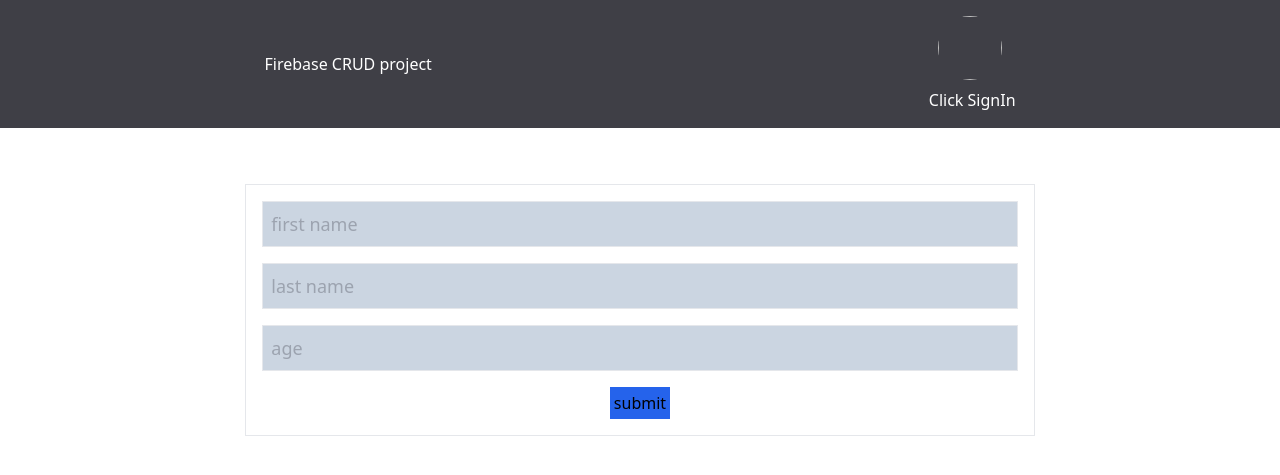
Repository: Semanmernstack/firebase-crud
Page: /
The author's editor kept a copy of each file at every save. The page is drawn from the files as they stood at one save, then again after the next save.
The browser window is 1280 px wide. The pictures show the whole page.
The page's requests for data from a server got no answer. The project was rebuilt for these pictures with package versions that can differ from the ones it lists, and the page was loaded fresh each time. No one was signed in, and anything a server would have sent is missing. Also part of the build but not shown: src/components/Regform.js.

Above is the page before, as saved 2023-04-10 02:33:53.

After the next save:
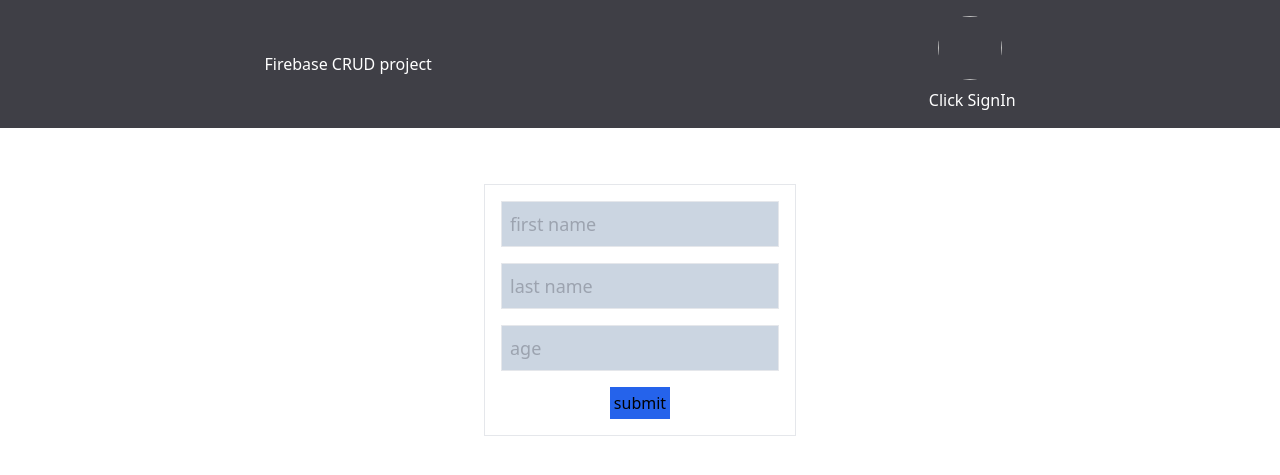
Saved 49 s later.
--- a/src/components/Body.js
+++ b/src/components/Body.js
@@ -31,7 +31,7 @@
 
 
   return (
-    <div className="p-8 text-black flex flex-col w-2/3  mt-6 mx-auto ">
+    <div className="p-8 text-black items-center justify-center flex flex-col w-2/3  mt-6 mx-auto ">
         <form className='flex flex-col p-4 gap-4 items-center justify-center text-center border' onSubmit={handleSubmit(onSubmit)}>
             <input className="w-full p-2 border outline-none bg-slate-300 text black text-lg "  placeholder='first name'  {...register('firstName')} />
             <input className="w-full p-2 border outline-none bg-slate-300 text black text-lg "  placeholder='last name' {...register('lastName', { required: true })} />

After the 2 saves that followed:
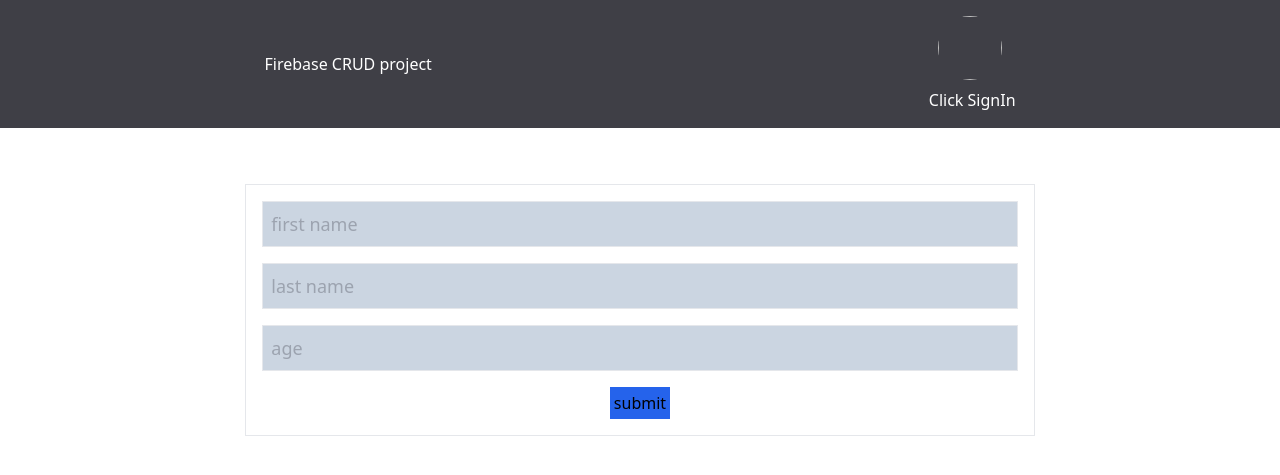
The 2 saves are shown as one change because 1 left the picture as it was.
The last was saved 3 min 24 s later.
--- a/src/components/Body.js
+++ b/src/components/Body.js
@@ -31,7 +31,7 @@
 
 
   return (
-    <div className="p-8 text-black items-center justify-center flex flex-col w-2/3  mt-6 mx-auto ">
+    <div className="p-8 text-black  flex flex-col w-2/3  mt-6 mx-auto ">
         <form className='flex flex-col p-4 gap-4 items-center justify-center text-center border' onSubmit={handleSubmit(onSubmit)}>
             <input className="w-full p-2 border outline-none bg-slate-300 text black text-lg "  placeholder='first name'  {...register('firstName')} />
             <input className="w-full p-2 border outline-none bg-slate-300 text black text-lg "  placeholder='last name' {...register('lastName', { required: true })} />
